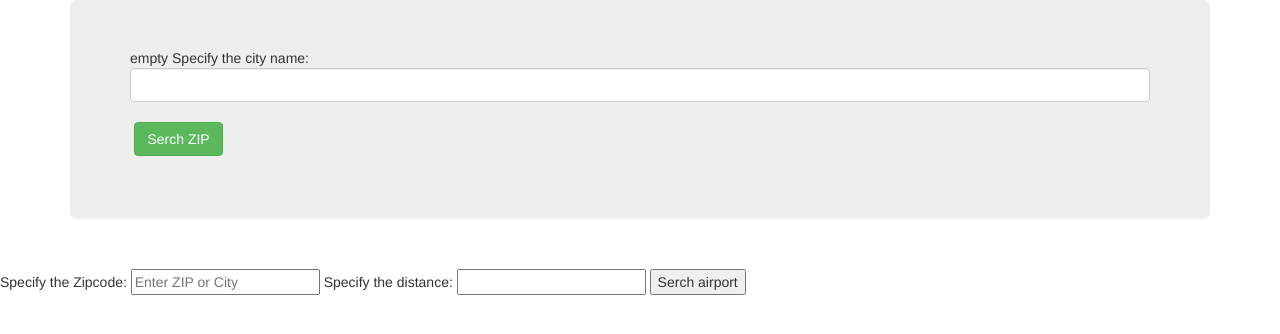
Repository: sjayach/CS320
Page: http://localhost/CS320/AirportDisplay
The author's editor kept a copy of each file at every save. The page is drawn from the files as they stood at one save, then again after the next save.
The browser window is 1280 px wide. The pictures show the whole page.
The page is served by Tomcat 9. Other server files are loaded and not shown. Queries for data that is not in the repository find no rows.

Above is the page before, as saved 2015-06-14 05:41:20.

### CS320/WebContent/WEB-INF/jsp/homework3/Airports.jsp
<%@ page language="java" contentType="text/html; charset=ISO-8859-1"
    pageEncoding="ISO-8859-1"%>
    <%@ taglib prefix="c" uri="http://java.sun.com/jsp/jstl/core" %>
<!DOCTYPE html PUBLIC "-//W3C//DTD HTML 4.01 Transitional//EN" "http://www.w3.org/TR/html4/loose.dtd">
<html>
<head>
<meta http-equiv="Content-Type" content="text/html; charset=ISO-8859-1">
<link rel="stylesheet" href="https://maxcdn.bootstrapcdn.com/bootstrap/3.3.4/css/bootstrap.min.css">

<title>Insert title here</title>

</head>
<body>




 <div class="container">
<div class="jumbotron">
	<form  class="form-horizontal" action="AirportDisplay" method=post>
	<c:if test="${empty phonetic }">
		<c:out value="empty"></c:out>
	</c:if>
		<datalist id="cities">
			<c:forEach items="${ phonetic}" var="cityPhonetic">
    			<option value="${cityPhonetic}">

    		</c:forEach>
  		</datalist>
	Specify the city name:
	<input  class="form-control" type="text" name="city_name" list="cities">
	<br />
	<div class="form-group">
	&nbsp;&nbsp;&nbsp;&nbsp;&nbsp;<input class="btn btn-success" type="submit" value="Serch ZIP" name="search_zip">
	</div>
	</form>
	</div>
	</div>
	<br />
	<form action="AirportDisplay" method=post>
		Specify the Zipcode:
		<input type="text" name="searchQuery" placeholder="Enter ZIP or City">
		Specify the distance:
		<input type="text" name="distance">
		<input type="submit" value="Serch airport" name="search_airport">
	</form>
	<c:if test="${not empty DisplayZip}">
		<div class="container">
			<table class="table table-bordered table-striped">
				<tr>
					<th>City</th>
					<th>ZipCode </th>
					<th>Map Thumbnail</th>
				</tr>
				<c:forEach items="${DisplayZip}" var="place" varStatus="stat">
					<tr>
						<td>${place.city}</td>
						<td>${place.zip}</td>
						<td><img alt="Map" src="https://maps.googleapis.com/maps/api/staticmap?&zoom=9&size=300x300&maptype=roadmap&markers=${place.latitude},${ place.longitude}"/></td>
					</tr>

				</c:forEach>
			</table>
		</div>
	</c:if>



	<c:if test="${not empty airports}">
		<div class="container">
			<table class="table table-bordered table-striped">
				<tr>
					<th>Airport</th>
					<th>Latitude</th>
					<th>Longitude</th>
					<th>Map Thumbnail</th>
				</tr>
				<c:forEach items="${ airports}" var="plot" varStatus="stat">
					<tr>
						<td>${plot.airport}</td>
						<td>${plot.latitude}</td>
						<td>${plot.longitude}</td>
						<td><img alt="Map" src="https://maps.googleapis.com/maps/api/staticmap?&zoom=9&size=300x300&maptype=roadmap&markers=${plot.latitude},${ plot.longitude}"/></td>


					</tr>
				</c:forEach>
			</table>

		</div>
	</c:if>

	<c:if test="${not empty cityAirport}">
		<div class="container">
			<table class="table table-bordered table-striped">
				<tr>
					<th>Airport</th>
				</tr>
				<c:forEach items="${cityAirport}" var="airport" varStatus="stat">
					<tr>
						<c:if test="${not empty airport}">
						<td>${airport}</td>
						</c:if>
					</tr>
				</c:forEach>
			</table>

		</div>
	</c:if>
	<c:if test="${not empty myVar}">
		<img alt="Map" src="https://maps.googleapis.com/maps/api/staticmap?&zoom=9&size=600x300&maptype=roadmap${myVar}">
	</c:if>
</body>
</html>

### CS320/src/homework3/AirportDisplay.java
package homework3;

import homework2.CS320User;

import java.io.IOException;
import java.sql.Connection;
import java.sql.Driver;
import java.sql.DriverManager;
import java.sql.ResultSet;
import java.sql.Statement;
import java.util.ArrayList;
import java.util.Arrays;
import java.util.HashSet;
import java.util.List;
import java.util.Set;

import javax.servlet.ServletContext;
import javax.servlet.ServletException;
import javax.servlet.annotation.WebServlet;
import javax.servlet.http.HttpServlet;
import javax.servlet.http.HttpServletRequest;
import javax.servlet.http.HttpServletResponse;

/**
 * Servlet implementation class AirportDisplay
 */
@WebServlet("/AirportDisplay")
public class AirportDisplay extends HttpServlet {
	private static final long serialVersionUID = 1L;
    private static int hit_counter = 0;

	public double calculateDistance(double lat1, double lon1, double lat2, double lon2) {


		double R = 6372.8;



        double dLat = Math.toRadians(lat2 - lat1);
        double dLon = Math.toRadians(lon2 - lon1);
        lat1 = Math.toRadians(lat1);
        lat2 = Math.toRadians(lat2);

        double a = Math.sin(dLat / 2) * Math.sin(dLat / 2) + Math.sin(dLon / 2) * Math.sin(dLon / 2) * Math.cos(lat1) * Math.cos(lat2);
        double c = 2 * Math.asin(Math.sqrt(a));
        return R * c;


	}


	public void init() throws ServletException {
		ServletContext context = this.getServletContext();
		if (context.getAttribute("PhoneticContext") == null) {
			String host = "cs3.calstatela.edu";
			String port = "3306";
			String dbName = "cs320stu47";
			String username = "cs320stu47";
			String password = "..7qX4#g";

			String url = "jdbc:mysql://" + host + ":" + port + "/" + dbName;

			try{
				// Dynamically include the MySQL Driver
				Class.forName("org.gjt.mm.mysql.Driver").newInstance();

				// Instantiate the Driver
				Driver driver = new org.gjt.mm.mysql.Driver();

				// Connect to the Database
				Connection connection =
						DriverManager.getConnection(url, username, password);

				// Create a Statement
				Statement statement = connection.createStatement();


				String phonetic_query = "SELECT city FROM zipcodes";
				ResultSet rs = statement.executeQuery(phonetic_query);
				List <String> phonetic = new ArrayList<String>();
				while ( rs.next() ){
					phonetic.add (rs.getString("city"));
				}
				Set<String> hs = new HashSet<>();
				hs.addAll(phonetic);
				phonetic.clear();
				phonetic.addAll(hs);
				System.out.println("phonetic" + phonetic.size());
				context.setAttribute("PhoneticContext", phonetic);
				connection.close();
			} catch(Exception e) {System.out.println("exception");}
		}
	}

	protected void doGet(HttpServletRequest request, HttpServletResponse response) throws ServletException, IOException {
		 ServletContext context = this.getServletContext();
		List<String> phonetic = (List<String>) context.getAttribute("PhoneticContext");
		request.setAttribute("phonetic", phonetic);
		request
		.getRequestDispatcher("/WEB-INF/jsp/homework3/Airports.jsp")
		.forward(request, response);
	}


	protected void doPost(HttpServletRequest request, HttpServletResponse response) throws ServletException, IOException {
		String host = "cs3.calstatela.edu";
		String port = "3306";
		String dbName = "cs320stu47";
		String username = "cs320stu47";
		String password = "..7qX4#g";

		String url = "jdbc:mysql://" + host + ":" + port + "/" + dbName;

		try{
			// Dynamically include the MySQL Driver
			Class.forName("org.gjt.mm.mysql.Driver").newInstance();

			// Instantiate the Driver
			Driver driver = new org.gjt.mm.mysql.Driver();

			// Connect to the Database
			Connection connection =
					DriverManager.getConnection(url, username, password);

			// Create a Statement
			Statement statement = connection.createStatement();

			// Create the Query

			ArrayList<AirportBean> zip_op =
					new ArrayList<AirportBean>();
			// Query the Database and get a reference to a Result Set
			if (request.getParameter("search_zip") != null ||
					request.getParameter("searchQuery") != null) {

				boolean isCity = true;
				String city_name = null;
				if (request.getParameter("searchQuery") != null) {
					try {
						int zip = Integer.parseInt(request.getParameter("searchQuery"));
						isCity = false;
					} catch(NumberFormatException e) {
						city_name = request.getParameter("searchQuery");
						isCity=true;
					}
				} else
					city_name=request.getParameter("city_name");

				if (isCity) {

					String query = "SELECT * FROM zipcodes WHERE city LIKE '%" + city_name + "%'";
					ResultSet resultSet = statement.executeQuery(query);

					while ( resultSet.next() ){
						String zip = resultSet.getString("zip");
						String city = resultSet.getString("city");
						double lat = resultSet.getDouble("latitude");
						double lon = resultSet.getDouble("longitude");
						zip_op.add(new AirportBean(zip, city, lat, lon));
					}
					if(request.getParameter("searchQuery") == null)
						request.setAttribute("DisplayZip", zip_op);
				}
			}


			if (request.getParameter("search_airport") != null) {
				String city;
				int zipcode = 0;
				boolean isZip;
				double distance = Double.parseDouble(request.getParameter("distance"));
				String airportQuery= "SELECT * FROM airports;";
				try {
					zipcode = Integer.parseInt(request.getParameter("searchQuery"));
					isZip = true;
				}
				catch(NumberFormatException e) {
					isZip = false;
				}




				if (isZip) {
					String queryname = "SELECT * FROM zipcodes WHERE zip=" + zipcode;
					System.out.println("Query" +queryname);
					ResultSet resultSet = statement.executeQuery(queryname);
					System.out.println("isZip " +isZip);
					double latitude = 0;
					double longitude = 0;

					while(resultSet.next()) {
						latitude = resultSet.getDouble("latitude");
						longitude = resultSet.getDouble("longitude");
					}

					ResultSet resultSet1 = statement.executeQuery(airportQuery);
					double airLat;
					double airLon;
					ArrayList<AirportBean> display_airport =
							new ArrayList<AirportBean>();
					while(resultSet1.next()) {
						airLat = resultSet1.getDouble("Latitude");
						airLon = resultSet1.getDouble("Longitude");
						String airport = resultSet1.getString("Airport");
						double km = calculateDistance(latitude, longitude, airLat, airLon);
						if (km <= distance){
							System.out.println("Airport " + airport + " Latitude " + airLat + " Longitude " +airLon);
							display_airport.add(new AirportBean(airport, airLat, airLon ));
						}
					}
					request.setAttribute("airports", display_airport);

				} else {
					double airLat;
					double airLon;
					ArrayList<AirportBean> display_airport =
							new ArrayList<AirportBean>();
					String [] airport_name = new String[2048];
					int i = 0;
					System.out.println("before "  + airportQuery);
					ResultSet resultSet1 = statement.executeQuery(airportQuery);
					System.out.println("Executed");
					while(resultSet1.next()) {
						airLat = resultSet1.getDouble("Latitude");
						airLon = resultSet1.getDouble("Longitude");
						String airport = resultSet1.getString("Airport");
						System.out.println("airport is " +airport +airLat+airLon);
						display_airport.add(new AirportBean(airport, airLat, airLon ));
					}

					for(AirportBean zip : zip_op) {
						for(AirportBean air : display_airport) {
							double km = calculateDistance(zip.latitude, zip.longitude, air.latitude, air.longitude);
							if (km <= distance) {

										airport_name[i] = air.airport;
										i++;

							}
						}
					}
					// Remove the duplicate entries of airport
				    Set<String> stringSet = new HashSet<>(Arrays.asList(airport_name));
				    String[] filteredArray = stringSet.toArray(new String[0]);
					for(i=0; i <filteredArray.length; i++)
						System.out.println( i +"Airport" +filteredArray[i]);
					request.setAttribute("cityAirport", filteredArray);

				}
			}
			connection.close();

		}catch(Exception e){};
		doGet(request,response);
	}

}

After the next save:
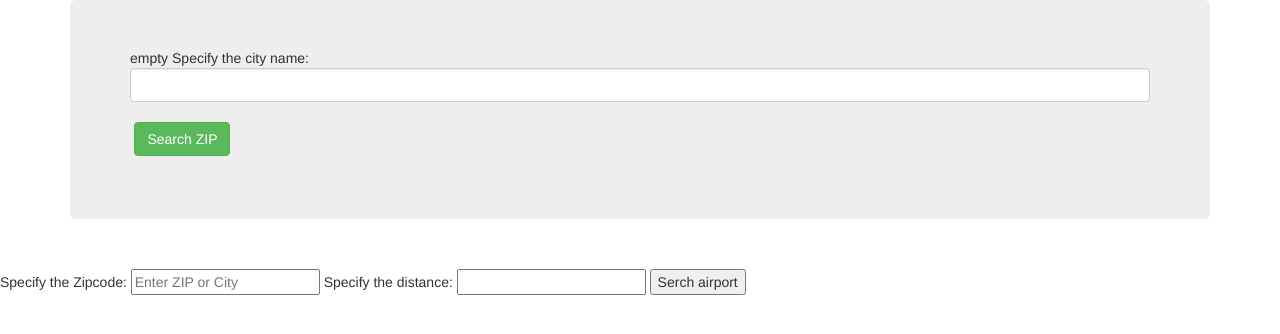
Saved 92 s later.
--- a/CS320/WebContent/WEB-INF/jsp/homework3/Airports.jsp
+++ b/CS320/WebContent/WEB-INF/jsp/homework3/Airports.jsp
@@ -31,7 +31,7 @@
 	<input  class="form-control" type="text" name="city_name" list="cities">
 	<br />
 	<div class="form-group">
-	&nbsp;&nbsp;&nbsp;&nbsp;&nbsp;<input class="btn btn-success" type="submit" value="Serch ZIP" name="search_zip">
+	&nbsp;&nbsp;&nbsp;&nbsp;&nbsp;<input class="btn btn-success" type="submit" value="Search ZIP" name="search_zip">
 	</div>
 	</form>
 	</div>
